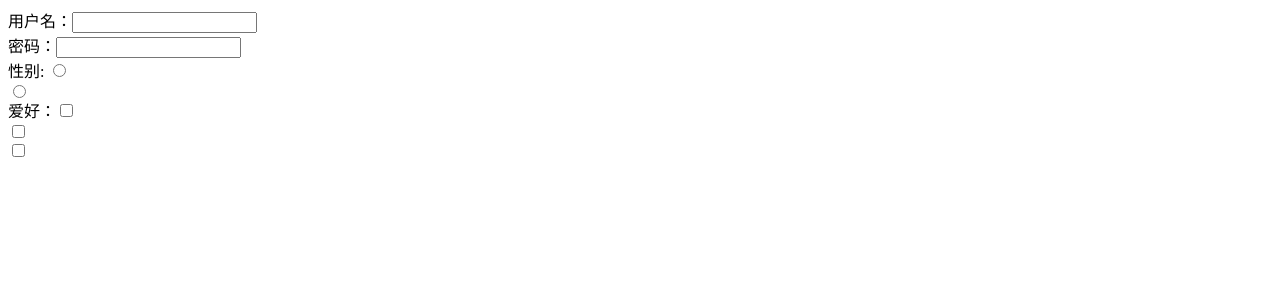
Repository: zhenyusu/j2eeDemo
Page: day09_01_HttpServletRequest/WebRoot/register.html
The author's editor kept a copy of each file at every save. The page is drawn from the files as they stood at one save, then again after the next save.
The browser window is 1280 px wide. The pictures show the whole page.

Above is the page before, as saved 2018-02-22 13:24:13.

### day09_01_HttpServletRequest/WebRoot/register.html
<!DOCTYPE html PUBLIC "-//W3C//DTD HTML 4.01 Transitional//EN" "http://www.w3.org/TR/html4/loose.dtd">
<html>
<head>
<meta http-equiv="Content-Type" content="text/html; charset=UTF-8">
<title>Insert title here</title>
</head>
<body>
	<form action = "#" method = "get">
		用户名：<input type = "text" name = "username"/></br>
		密码：<input type = "password" name = "pwd"/></br>
		性别: <input type = "radio" name = "sex" value = "男"/></br>
			<input type = "radio" name = "sex" value = "女"/></br>

		爱好：<input type = "checkbox" name = "hobby" value = "篮球"/></br>
			<input type = "checkbox" name = "hobby" value = "足球"/></br>
			<input type = "checkbox" name = "hobby" value = "唱歌"/></br>
	</form>

</body>
</html>

After the next save:
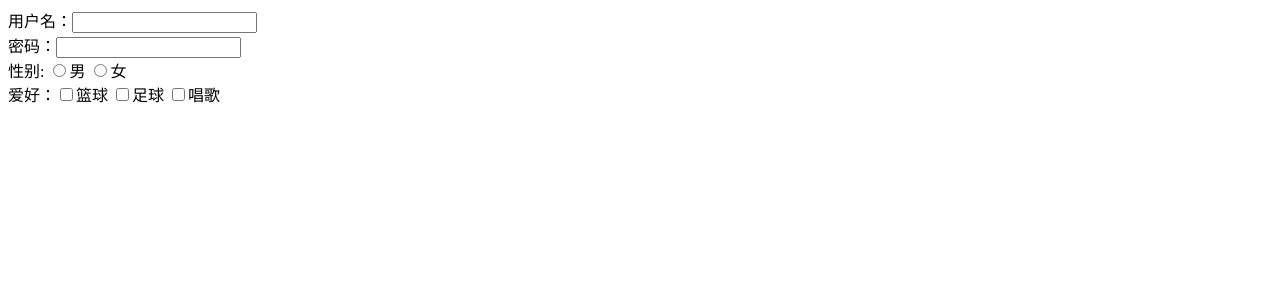
Saved 36 s later.
--- a/day09_01_HttpServletRequest/WebRoot/register.html
+++ b/day09_01_HttpServletRequest/WebRoot/register.html
@@ -8,12 +8,12 @@
 	<form action = "#" method = "get">
 		用户名：<input type = "text" name = "username"/></br>
 		密码：<input type = "password" name = "pwd"/></br>
-		性别: <input type = "radio" name = "sex" value = "男"/></br>
-			<input type = "radio" name = "sex" value = "女"/></br>
+		性别: <input type = "radio" name = "sex" value = "男"/>男
+			<input type = "radio" name = "sex" value = "女"/>女</br>
 
-		爱好：<input type = "checkbox" name = "hobby" value = "篮球"/></br>
-			<input type = "checkbox" name = "hobby" value = "足球"/></br>
-			<input type = "checkbox" name = "hobby" value = "唱歌"/></br>
+		爱好：<input type = "checkbox" name = "hobby" value = "篮球"/>篮球
+			<input type = "checkbox" name = "hobby" value = "足球"/>足球
+			<input type = "checkbox" name = "hobby" value = "唱歌"/>唱歌</br>
 	</form>
 
 </body>
